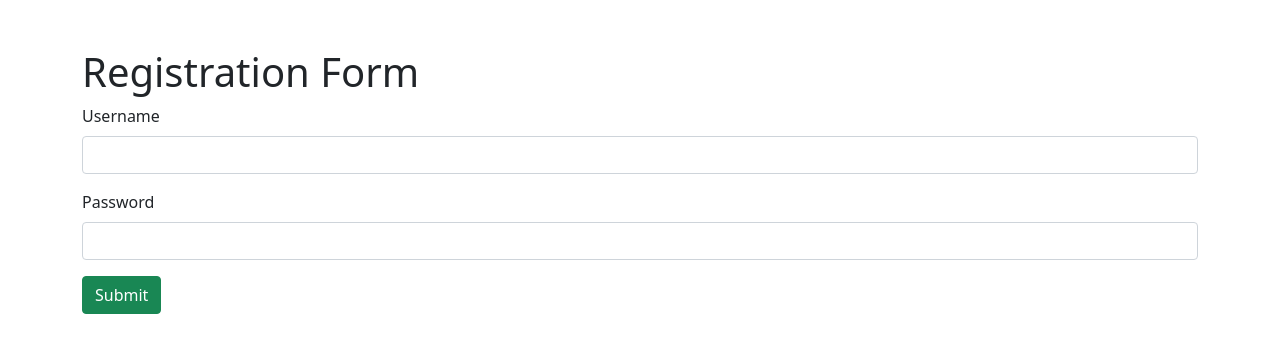
Repository: Raj-Patoliya/Sem-2-JWT
Page: http://localhost/Database-Crud-Operation/Login.jsp
The author's editor kept a copy of each file at every save. The page is drawn from the files as they stood at one save, then again after the next save.
The browser window is 1280 px wide. The pictures show the whole page.
The page is served by Tomcat 9. Other server files are loaded and not shown.

Above is the page before, as saved 2022-06-28 18:40:10.

### Database-Crud-Operation/src/main/webapp/Login.jsp
<%@ page language="java" contentType="text/html; charset=ISO-8859-1"
	pageEncoding="ISO-8859-1"%>
<!DOCTYPE html>
<html>
<head>
<meta charset="ISO-8859-1">
<title>Registration Page</title>
<link
	href="https://cdn.jsdelivr.net/npm/bootstrap@5.0.2/dist/css/bootstrap.min.css"
	rel="stylesheet"
	integrity="sha384-EVSTQN3/azprG1Anm3QDgpJLIm9Nao0Yz1ztcQTwFspd3yD65VohhpuuCOmLASjC"
	crossorigin="anonymous">
</head>
<body>
	<div class="container md-2">
	<br>
	<br>
	<div class="h1">Registration Form</div>
		<form action="UserLogin" method="post">
			<div class="mb-3">
				<label for="exampleFormControlInput1" class="form-label">Username</label>
				<input type="text" name="username" class="form-control">
			</div>
			<div class="mb-3">
				<label for="exampleFormControlInput1" class="form-label">Password</label>
				<input type="password" name="password" class="form-control">
			</div>
			<div class="mb-3">
				<input type="submit" name="submit" value="Submit"
					class="btn btn-success">
			</div>
		</form>
	</div>
</body>
</html>

After the next save:
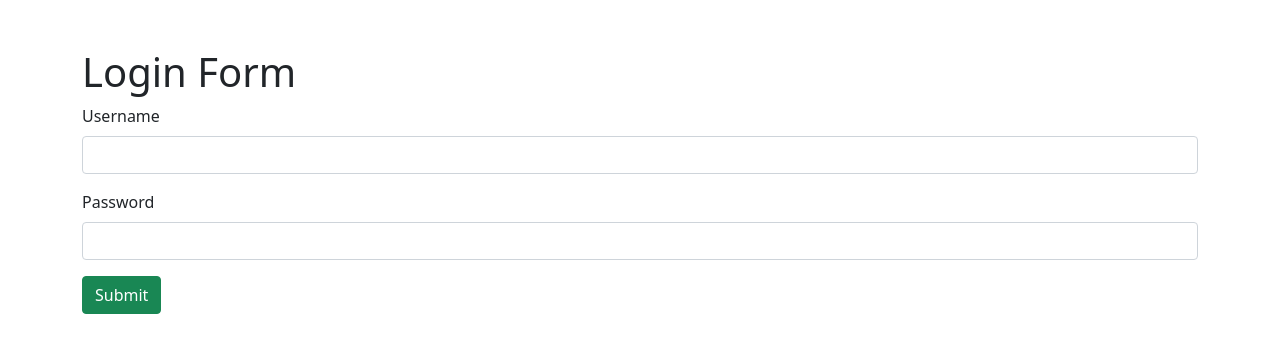
Saved 21 s later.
--- a/Database-Crud-Operation/src/main/webapp/Login.jsp
+++ b/Database-Crud-Operation/src/main/webapp/Login.jsp
@@ -15,7 +15,7 @@
 	<div class="container md-2">
 	<br>
 	<br>
-	<div class="h1">Registration Form</div>
+	<div class="h1">Login Form</div>
 		<form action="UserLogin" method="post">
 			<div class="mb-3">
 				<label for="exampleFormControlInput1" class="form-label">Username</label>
